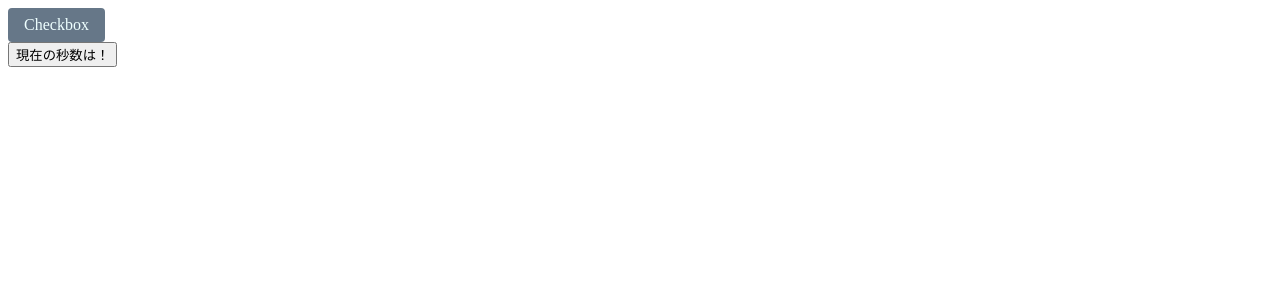
Repository: maigo999/time-abdominal-muscle
Page: index.html
The author's editor kept a copy of each file at every save. The page is drawn from the files as they stood at one save, then again after the next save.
The browser window is 1280 px wide. The pictures show the whole page.

Above is the page before, as saved 2018-08-11 09:33:30.

After the next save:
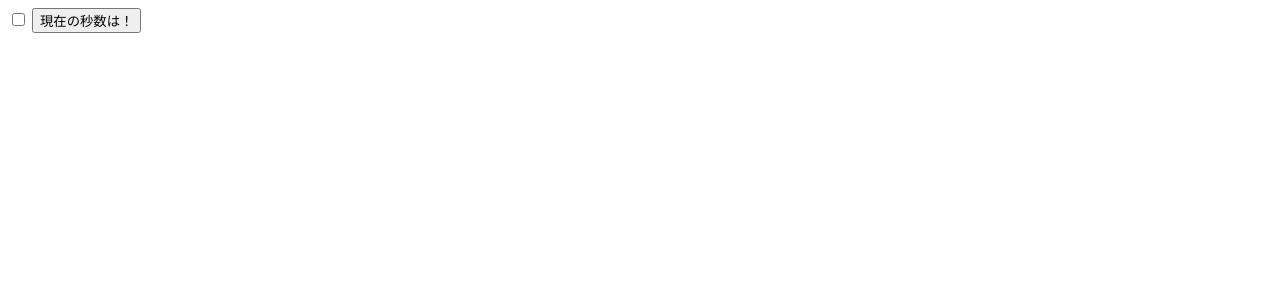
Saved 107 s later.
--- a/index.html
+++ b/index.html
@@ -1,5 +1,6 @@
 <!DOCTYPE html>
 <html lang="ja">
+
 <head>
     <meta charset="UTF-8">
     <meta name="viewport" content="width=device-width, initial-scale=1.0">
@@ -7,17 +8,15 @@
     <link rel="stylesheet" href="css/style.css">
     <title>Document</title>
 </head>
+
 <body>
-    <div class="toggle-buttons">
-    <label>
-        <input type="checkbox">
-        <span class="button">Checkbox</span>
-    </label>
-    </div>
+    <input type="checkbox" id="toggleButton" class="toggle-button">
+    <label for="toggleButton"></label>
     <button id="button">現在の秒数は！</button>
 
     <p id="result"></p>
 
     <script src="./js/main.js"></script>
 </body>
+
 </html>
